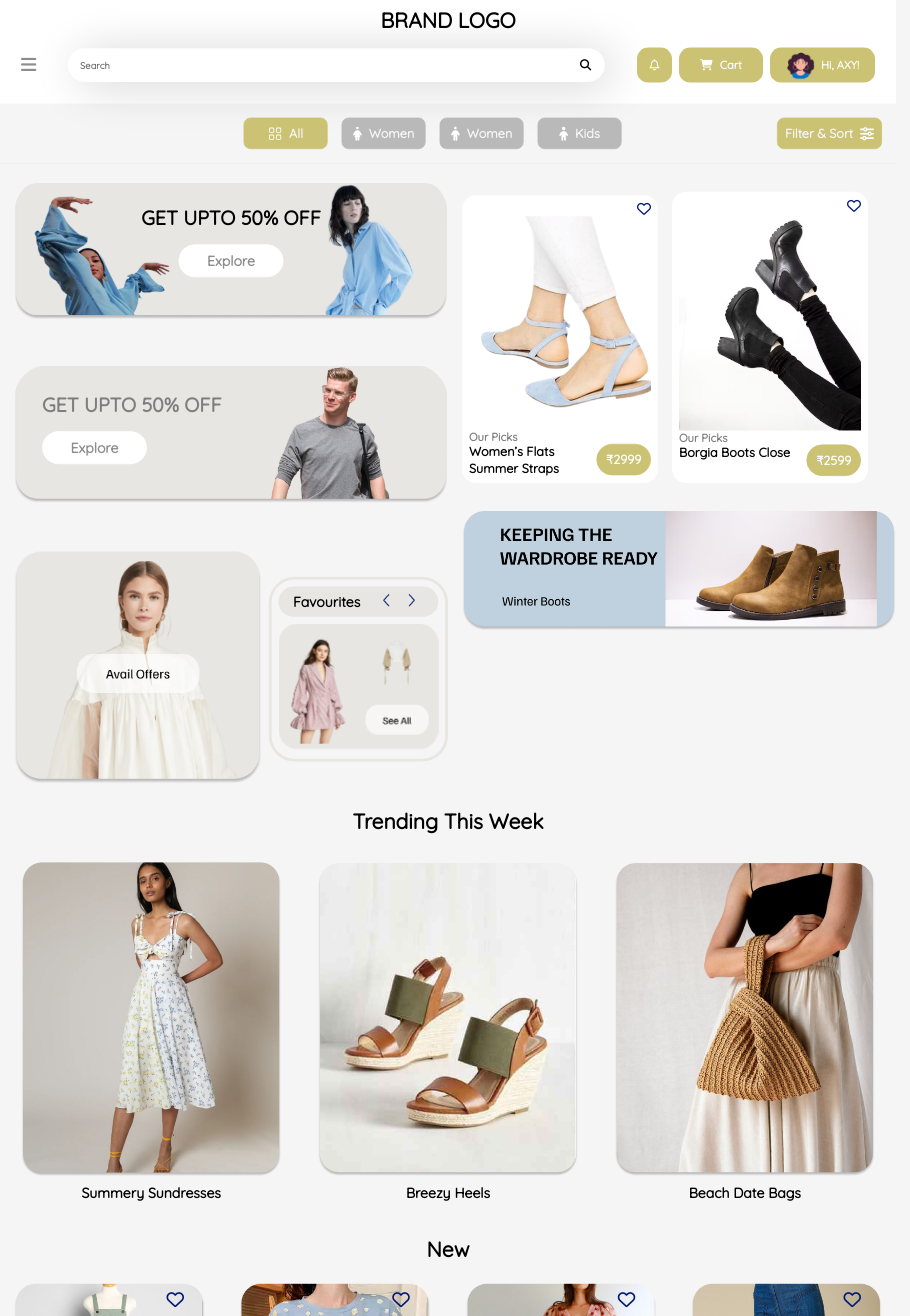
Repository: FlyweisReact/Jaspal
Page: /homepage
An editor plug-in stored every save of this project. The page is shown before and after a run of saves, followed by the edit.
The browser window is 1280 px wide. The page is 1300 px wide, so the pictures cover 1300 px, including what lies to the right of the window. The pictures show the part of the page from y = 0 to 1880 px (the page is 2570 px tall before and 2590 px after), at 70% of full size.
Some web libraries are served in a nearby version. The project was rebuilt for these pictures with package versions that can differ from the ones it lists, and the page was loaded fresh each time. Also part of the build but not shown: src/Pages/Login/Login.js.

Above is the page before, as saved 2023-08-19 12:51:21.

### public/index.html
<!-- @format -->

<!DOCTYPE html>
<html lang="en">
  <head>
    <meta charset="utf-8" />
    <link rel="icon" href="%PUBLIC_URL%/favicon.ico" />
    <meta name="viewport" content="width=device-width, initial-scale=1" />
    <meta name="theme-color" content="#000000" />
    <meta
      name="description"
      content="Web site created using create-react-app"
    />
    <link rel="apple-touch-icon" href="%PUBLIC_URL%/logo192.png" />
    <link rel="manifest" href="%PUBLIC_URL%/manifest.json" />
    <link rel="preconnect" href="https://fonts.googleapis.com">
    <link rel="preconnect" href="https://fonts.gstatic.com" crossorigin>
    <link href="https://fonts.googleapis.com/css2?family=Quicksand&display=swap" rel="stylesheet">
    <title>React App</title>
  </head>
  <body>
    <noscript>You need to enable JavaScript to run this app.</noscript>
    <div id="root"></div>
    <script src="https://kit.fontawesome.com/b533b351e4.js" crossorigin="anonymous"></script>
  </body>
</html>

### src/index.js
import React from 'react';
import ReactDOM from 'react-dom/client';
import './index.css';
import App from './App';
import "slick-carousel/slick/slick.css";
import "slick-carousel/slick/slick-theme.css";

const root = ReactDOM.createRoot(document.getElementById('root'));
root.render(
  <React.StrictMode>
    <App />
  </React.StrictMode>
);

### src/index.css
/** @format */

body {
  margin: 0;
  font-family: Quicksand !important;
  -webkit-font-smoothing: antialiased;
  -moz-osx-font-smoothing: grayscale;
  background-color: #F5F5F5;
}

code {
  font-family: Quicksand !important;
}

html {
  font-family: Quicksand !important;
}

### src/App.js
/** @format */

import React from "react";
import { BrowserRouter, Route, Routes } from "react-router-dom";
import Login from "./Pages/Login/Login";
import Homepage from "./Pages/Homepage/Homepage";
import Footer from "./Navbar/Footer";
import Navbar from "./Navbar/Navbar";


// CSS
import "./CSS/Normal.css";
import "./CSS/Navbar.css";
import './CSS/Footer.css'
import Copyright from "./Component/copyright/Copyright";
const App = () => {
  return (
    <>
      <BrowserRouter>
        <Navbar />
        <Routes>
          <Route path="/" element={<Login />} />
          <Route path="/homepage" element={<Homepage />} />
        </Routes>
        <Footer />
        <Copyright />
      </BrowserRouter>
    </>
  );
};

export default App;

### src/Pages/Homepage/Homepage.js
/** @format */

import React from "react";
import Filter from "../../Component/Homecomp/Filter";
import FullWidthProduct from "../../Component/Homecomp/FullWidthProduct";
import OfferProduct from "../../Component/Homecomp/OfferProduct";
import TrendingProduct from "../../Component/Homecomp/TrendingProduct";

const Homepage = () => {
  return (
    <div className="Home-Page">
      <Filter />

      <OfferProduct />
      <p className="Heading-all">Trending This Week</p>
      <TrendingProduct />
      <p className="Heading-all">New</p>
      <FullWidthProduct />
    </div>
  );
};

export default Homepage;

### src/Navbar/Footer.js
/** @format */

import React from "react";

const Footer = () => {
  return (
    <div className="Footer-Div">
      <div className="container">
        <ul className="four-cont">
          <ul>
            <li className="head">Customer Service</li>
            <li>Contact Us</li>
            <li>FAQs</li>
            <li>Orders and Delivery</li>
            <li>Payments</li>
            <li>Terms and Conditions</li>
          </ul>
          <ul>
            <li className="head">Career</li>
            <li>Work with Us</li>
            <li>From our Workers</li>
          </ul>
          <ul>
            <li className="head">Our Stores</li>
            <li>Find the Nearest Store</li>
            <li>Visit Virtual Store</li>
            <li>Contact Stores</li>
          </ul>
          <ul>
            <li className="head">Customer Memberships</li>
            <li>Become a Member</li>
            <li>Refer your Friend</li>
            <li>Student Discounts</li>
          </ul>
        </ul>

        <div className="social-links">
          <img src="/Image/20.png" alt="" />
          <img src="/Image/21.png" alt="" />
          <img src="/Image/22.png" alt="" />
          <img src="/Image/23.png" alt="" />
        </div>
      </div>
    </div>
  );
};

export default Footer;

### src/Navbar/Navbar.js
/** @format */

import React from "react";

const Navbar = () => {
  return (
    <div className="Navbar">
      <div className="logo">BRAND LOGO</div>

      <div className="container">
        <i className="fa-solid fa-bars"></i>

        <div className="search-bar">
          <input type="search" placeholder="Search" />
          <i className="fa-solid fa-magnifying-glass"></i>
        </div>

       <div className="Right-Container">
       <div className="Item Item1">
          <i class="fa-regular fa-bell"></i>
        </div>

        <div className="Item Item2">
          <i className="fa-solid fa-cart-shopping"></i>
          <p>Cart</p>
        </div>

        <div className="Item Item3">
        <img src='/Image/3.png' alt='' />
          <p>Hi, AXY!</p>
        </div>

       </div>
      </div>
    </div>
  );
};

export default Navbar;

### src/CSS/Normal.css
/**
 * Login Page
 *
 * @format
 */

.Login-Page {
  min-height: 100vh;
  background-image: url("../../public/Image/1.png");
  width: 100%;
  background-position: center;
  background-repeat: no-repeat;
  background-size: cover;
  position: relative;
}
.Login-Page .Login-Div {
  max-width: 600px;
  width: 100%;
  display: block;
  margin: auto;
  position: absolute;
  top: 50%;
  left: 50%;
  transform: translate(-50%, -50%);
}
.Login-Page .Login-Div .logo {
  color: #000;
  font-size: 30px;
  font-style: normal;
  font-weight: 700;
  line-height: normal;
  margin: 0;
  text-align: center;
  margin-bottom: 10px;
}

.Login-Page .Login-Div .container {
  border-radius: 16px;
  background: #fff;
  padding: 16px;
}
.Login-Page .Login-Div .container .head {
  color: #000;
  font-size: 25px;
  font-style: normal;
  font-weight: 700;
  text-align: center;
  line-height: normal;
}
.Login-Page .Login-Div .container input {
  max-width: 400px;
  width: 100%;
  display: block;
  margin: auto;
  padding: 10px;
  border-radius: 8px;
  border: 1px solid #b9b9b9;
  outline: none;
  font-size: 16px;
  font-family: Quicksand;
  background: #fff;
  box-shadow: 8px 4px 20px 0px rgba(0, 0, 0, 0.3);
  margin-top: 20px;
}

.Login-Page .Login-Div .container .forget-password {
  max-width: 400px;
  width: 100%;
  text-align: right;
  display: block;
  margin: auto;
  margin-top: 10px;
  color: #f00;
  font-weight: 600;
  cursor: pointer;
}

.Login-Page .Login-Div .container .login-button {
  max-width: 400px;
  width: 100%;
  border-radius: 8px;
  border: 1px solid #b9b9b9;
  background: #cbc273;
  padding: 10px;
  display: block;
  margin: auto;
  margin-top: 40px;
  font-family: Quicksand;
  color: #f5f5f5;
  font-size: 20px;
  font-weight: bold;
  cursor: pointer;
  box-shadow: 8px 4px 20px 0px rgba(0, 0, 0, 0.3);
}
.Login-Page .Login-Div .container .signup-button {
  max-width: 400px;
  width: 100%;
  border-radius: 8px;
  padding: 10px;
  display: block;
  margin: auto;
  margin-top: 10px;
  font-family: Quicksand;
  color: #cbc273;
  font-size: 20px;
  font-weight: bold;
  cursor: pointer;
  border: none;
  background-color: transparent;
}

.Login-Page .Login-Div .container .three-img {
  display: flex;
  justify-content: center;
  align-items: center;
  gap: 20px;
  margin-bottom: 40px;
}

.Filter-Category {
  display: flex;
  justify-content: space-between;
  align-items: center;
  padding: 20px;
  max-width: 1400px;
  margin: auto;
}
.Filter-Category .center .Main .empty{
  background-color: #CBC273;
  height: 2px;
}
.Filter-Category .center {
  width: 70%;
  display: flex;
  justify-content: flex-end;
  gap: 20px;
}
.Filter-Category .center button {
  display: flex;
  width: 120px;
  justify-content: center;
  align-items: center;
  gap: 10px;
  border: 1px solid #b9b9b9;
  border-radius: 10px;
  background: #b9b9b9;
  gap: 10px;
  padding: 10px;
  color: #fff;
  cursor: pointer;
}
.Filter-Category .center button.active {
  background-color: #cbc273;
  border: 1px solid #cbc273;
}
.Filter-Category .center button img {
  width: 20px;
  height: 20px;
}
.Filter-Category .center button svg {
  font-size: 20px;
}
.Filter-Category .center button i {
  font-size: 20px;
}
.Filter-Category .center button span {
  color: #f5f5f5;
  text-align: center;
  font-family: Quicksand;
  font-size: 18px;
  font-style: normal;
  font-weight: 600;
  line-height: normal;
}

.Filter-Category .right {
  width: 10%;
  display: flex;
  justify-content: flex-end;
  gap: 20px;
}
.Filter-Category .right button {
  display: flex;
  min-width: 150px;
  max-width: 180px;

  justify-content: center;
  align-items: center;
  gap: 10px;
  border-radius: 10px;
  gap: 10px;
  padding: 10px;
  color: #fff;
  cursor: pointer;
  background-color: #cbc273;
  border: 1px solid #cbc273;
}

.Filter-Category .right button i {
  font-size: 20px;
}
.Filter-Category .right button span {
  color: #f5f5f5;
  text-align: center;
  font-family: Quicksand;
  font-size: 18px;
  font-style: normal;
  font-weight: 600;
  line-height: normal;
}

.offer-products {
  display: flex;
  justify-content: space-between;
  padding: 20px;
  max-width: 1400px;
  margin: auto;
}
.offer-products .left-container {
  width: 50%;
}
.offer-products .left-container .img-container {
  width: 100%;
  height: 267px;
  background-image: url("../../public/Image/4.png");
  background-size: contain;
  background-repeat: no-repeat;
  border-radius: 50px;
}
.offer-products .left-container .img-container h5 {
  color: #000;
  text-align: center;
  font-family: Quicksand;
  font-size: 28px;
  font-style: normal;
  font-weight: bold;
  line-height: normal;
  margin: 0;
  padding-top: 40px;
  margin-bottom: 20px;
}
.offer-products .left-container .img-container button {
  width: 150px;
  padding: 10px;
  color: #8d8d8d;
  text-align: center;
  font-family: Quicksand;
  font-size: 20px;
  font-style: normal;
  font-weight: 600;
  line-height: normal;
  background-color: #fff;
  border: 1px solid #fff;
  border-radius: 50px;
  display: block;
  margin: auto;
}

.offer-products .left-container .img-container-2 {
  background-image: url("../../public/Image/5.png");
}

.offer-products .left-container .img-container-2 h5 {
  text-align: left;
  color: #7e7e7e;
  padding-left: 40px;
}
.offer-products .left-container .img-container-2 button {
  margin-left: 40px;
}

.offer-products .left-container .two-sec {
  display: flex;
  justify-content: space-between;
  align-items: center;
  gap: 10px;
}
.offer-products .left-container .two-sec .left {
  max-width: 365px;
}
.offer-products .left-container .two-sec .left img {
  max-width: 100%;
}
.offer-products .left-container .two-sec .right {
  border-radius: 37px;
  border: 4px solid #e7e6e2;
  background: rgba(217, 217, 217, 0);
  width: 40%;
}

.Favorite-slider {
  padding: 10px;
}
.Favorite-slider .Prev-Next_cont {
  width: 100%;
  margin-bottom: 10px;
  display: flex;
  background-color: #e7e6e2;
  border-radius: 50px;
  justify-content: space-evenly;
  align-items: center;
}
.Favorite-slider .Prev-Next_cont span {
  color: #000;
  text-align: center;
  font-size: 20px;
  font-style: normal;
  font-weight: 800;
  line-height: normal;
}
.Favorite-slider .Prev-Next_cont img {
  cursor: pointer;
}
.Fav-Slide {
  width: 100%;
}
.Fav-Slide .Main {
  width: 100%;
}
.Fav-Slide .Main img {
  width: 100%;
}
.Fav-Slide .slick-arrow {
  display: none !important;
}

.offer-products .right-container {
  width: 50%;
}

.offer-products .right-container .product-container {
  display: flex;
  justify-content: space-between;
  gap: 20px;
  align-items: flex-end;
  padding: 20px;
}
.offer-products .right-container .product-container .Main {
  background-color: #fff;
  width: 45%;
  padding: 10px;
  border-radius: 20px;
}
.offer-products .right-container .product-container .Main .fa-heart {
  display: flex;
  justify-content: flex-end;
  font-size: 20px;
  color: #001a72;
}
.offer-products .right-container .product-container .Main img {
  max-width: 100%;
  display: block;
  margin: auto;
}
.offer-products .right-container .product-container .Main .pick {
  color: #7e7e7e;
  font-size: 16px;
  font-style: normal;
  font-weight: 600;
  line-height: normal;
  margin: 0;
}
.offer-products .right-container .product-container .Main .desc {
  display: flex;
  justify-content: space-between;
  align-items: flex-start;
  gap: 10px;
}
.offer-products .right-container .product-container .Main .desc span {
  color: #000;
  font-size: 18px;
  font-style: normal;
  font-weight: 600;
  line-height: normal;
  max-width: 70%;
}
.offer-products .right-container .product-container .Main .desc button {
  max-width: 30%;
  width: 120px;
  border: 1px solid #cbc273;
  background-color: #cbc273;
  border-radius: 50px;
  color: #fff;
  text-align: center;
  font-size: 18px;
  padding: 10px;
  cursor: pointer;
  font-style: normal;
  font-weight: 600;
  font-family: Quicksand;
  line-height: normal;
}

.offer-products .right-container .img-container {
  width: 100%;
  padding: 20px;
}
.offer-products .right-container .img-container img {
  max-width: 100%;
  display: block;
  margin: auto;
}

.Heading-all {
  color: #000;
  text-align: center;
  font-size: 30px;
  font-style: normal;
  font-weight: 700;
  line-height: normal;
  margin: 0;
  padding: 10px;
}

.Trending-Product {
  padding: 20px;
  max-width: 1400px;
  margin: auto;
  display: flex;
  justify-content: space-between;
  align-items: center;
  flex-wrap: wrap;
}
.Trending-Product .Main {
  width: 30%;
  padding: 10px;
}
.Trending-Product .Main img {
  max-width: 100%;
  display: block;
  margin: auto;
}
.Trending-Product .Main p {
  color: #000;
  font-family: Inter;
  font-size: 20px;
  font-style: normal;
  font-weight: 700;
  padding: 10px;
  line-height: normal;
  text-align: center;
  font-family: Quicksand;
  margin: 0;
}

.full-width-product {
  padding: 20px;
  display: flex;
  max-width: 1400px;
  margin: auto;
  flex-wrap: wrap;
  align-items: center;
  gap: 20px;
  justify-content: space-between;
}
.full-width-product .Main {
  width: 22%;
}
.full-width-product .Main .img-container {
  width: 100%;
  position: relative;
}
.full-width-product .Main .img-container img {
  max-width: 100%;
  display: block;
  margin: auto;
}
.full-width-product .Main .img-container .fa-heart {
  position: absolute;
  top: 10px;
  right: 30px;
  font-size: 25px;
  color: #001a72;
  z-index: 2;
  cursor: pointer;
}

.full-width-product .Main .product-desc {
  padding: 10px;
}
.full-width-product .Main .product-desc p {
  margin: 0;
  text-align: center;
  max-width: 100%;
}
.full-width-product .Main .product-desc .light {
  color: #7e7e7e;
  font-size: 14px;
  font-style: normal;
  font-weight: 700;
  line-height: normal;
}
.full-width-product .Main .product-desc .title {
  color: #000;
  font-size: 18px;
  font-style: normal;
  font-weight: 700;
  line-height: normal;
}

.Filter-C .empty-container .empty {
  background-color: #ededed;
  height: 1px;
  max-width: 1400px;
  margin: auto;
}

.Filter-C .empty-container {
  position: relative;
}
.Filter-C .empty-container .empty-colored{
  background-color: #CBC273;

}

### src/CSS/Navbar.css
/** @format */

.Navbar {
  padding: 10px;
  background-color: #fff;
}
.Navbar .logo {
  color: #000;
  font-size: 30px;
  font-style: normal;
  font-weight: 700;
  line-height: normal;
  text-align: center;
  max-width: 1400px;
  margin: auto;
}
.Navbar .container {
  display: flex;
  justify-content: space-between;
  padding: 20px;
  max-width: 1400px;
  margin: auto;
  align-items: center;
}
.Navbar .container .fa-bars {
  font-size: 25px;
  cursor: pointer;
  color: #8d8d8d;
  font-weight: bold;
}

.Navbar .container .search-bar {
  display: flex;
  width: 60%;
  border-radius: 24px;
  background: #fff;
  box-shadow: 12px 5px 65px 0px rgba(0, 0, 0, 0.18);
  justify-content: space-between;
  align-items: center;
  padding: 15px;
  padding-right: 20px;
}
.Navbar .container .search-bar input {
  width: 90%;
  border: none;
  outline: none;
  font-family: Quicksand;
  font-weight: 900;
}

.Navbar .container .Item {
  border-radius: 16px;
  background: #cbc273;
  display: flex;
  justify-content: center;
  align-items: center;
  min-width: 20px;
  gap: 10px;
  height: 50px;
  cursor: pointer;
}
.Navbar .container .Item i {
  color: #fff;
}
.Navbar .container .Item p {
  color: #fff;
  font-size: 16px;
  font-weight: 600;
}

.Navbar .container .Item2 {
  width: 120px;
  height: 50px;
}
.Navbar .container .Item1 {
  width: 50px;
}
.Navbar .container .Item3 {
  width: 150px;
  height: 50px;
}
.Navbar .container .Item img {
  width: 40px;
  height: 40px;
}
.Navbar .container .Right-Container {
  display: flex;
  gap: 10px;
}

### src/CSS/Footer.css
/** @format */

.Footer-Div {
  background: #ededed;
}
.Footer-Div .container {
  max-width: 1400px;
  margin: auto;
  padding: 20px;
}
.Footer-Div .container ul {
  padding-left: 0;
  list-style: none;
}
.Footer-Div .container ul li {
  padding-left: 0;
}
.Footer-Div .container ul li.head {
  color: #000;
  font-size: 24px;
  font-style: normal;
  font-weight: 600;
  line-height: normal;
}

.Footer-Div .container ul li {
  color: #7e7e7e;
  font-size: 16px;
  font-style: normal;
  font-weight: 700;
  line-height: normal;
  padding-top: 10px;
}
.Footer-Div .container .four-cont {
  display: flex;
  justify-content: space-between;
  gap: 20px;
  align-items: flex-start;
}
.Footer-Div .container .social-links {
  display: flex;
  justify-content: center;
  gap: 20px;
  align-items: center;
}
.Footer-Div .container .social-links img {
  width: 30px;
  cursor: pointer;
}

.copy-right {
  max-width: 1400px;
  margin: auto;
}
.copy-right p {
  color: #000;
  font-size: 16px;
  font-style: normal;
  font-weight: 800;
  line-height: normal;
}

### src/Component/copyright/Copyright.js
import React from 'react'

const Copyright = () => {
  return (
    <div className='copy-right'>
        <p>© Copyright 2023 Flyweis Tec. All rights reserved.</p>
    </div>
  )
}

export default Copyright

### src/Component/Homecomp/Filter.js
/** @format */

import React from "react";
import { BsGrid } from "react-icons/bs";

const Filter = () => {
  return (
    <div className="Filter-C">
      <div className="Filter-Category">
        <div className="center">
          <button className="active">
            <BsGrid />
            <span>All</span>
          </button>

          <button>
            <i className="fa-solid fa-person-dress"></i>
            <span>Women</span>
          </button>
          <button>
            <i className="fa-solid fa-person"></i>
            <span>Women</span>
          </button>
          <button>
            <i className="fa-solid fa-child"></i>
            <span>Kids</span>
          </button>
        </div>
        <div className="right">
          <button>
            <span>Filter & Sort</span>
            <i className="fa-solid fa-sliders" />
          </button>
        </div>
      </div>
      <div className="empty-container">
        <div className="empty"></div>
        <div className="empty-colored"></div>
      </div>
    </div>
  );
};

export default Filter;

### src/Component/Homecomp/FullWidthProduct.js
/** @format */

import React from "react";

const FullWidthProduct = () => {
  const data = [
    {
      img: "/Image/16.png",
      light: "Exclusive",
      title: "Jade Overalls",
    },
    {
      img: "/Image/17.png",
      light: "Our Picks",
      title: "Daisy Summer Top",
    },
    {
      img: "/Image/18.png",
      light: "Limited Stock",
      title: "Strawberry Sundresse",
    },
    {
      img: "/Image/19.png",
      light: "Season Pick",
      title: "Bootcut Jeans",
    },
  ];

  return (
    <div className="full-width-product">
      {data.map((i, index) => (
        <div className="Main" key={index}>
          <div className="img-container">
            <i className="fa-sharp fa-regular fa-heart"></i>
            <img src={i.img} alt="" />
          </div>
          <div className="product-desc">
            <p className="light">{i.light}</p>
            <p className="title"> {i.title} </p>
          </div>
        </div>
      ))}
    </div>
  );
};

export default FullWidthProduct;

### src/Component/Homecomp/TrendingProduct.js
import React from 'react'

const TrendingProduct = () => {
  return (
    <div className='Trending-Product'>
        <div className='Main'>
            <img src='/Image/13.png' alt='' />
            <p>Summery Sundresses</p>
        </div>
        <div className='Main'>
            <img src='/Image/14.png' alt='' />
            <p>Breezy Heels</p>
        </div>
        <div className='Main'>
            <img src='/Image/15.png' alt='' />
            <p>Beach Date Bags</p>
        </div>
    </div>
  )
}

export default TrendingProduct

### src/Component/Homecomp/FavouritesSlide.js
/** @format */

import { useRef } from "react";
import Slider from "react-slick";

const FavouritesSlide = () => {
  const sliderRef = useRef(null);
  const settings = {
    dots: false,
    infinite: false,
    speed: 500,
    slidesToShow: 1,
    slidesToScroll: 1,
    autoplay: false,
  };

  const nextSlide = () => {
    sliderRef.current.slickNext();
  };

  const prevSlide = () => {
    sliderRef.current.slickPrev();
  };
  return (
    <div className="Favorite-slider">
      <div className="Prev-Next_cont">
        <span>Favourites</span>
        <div>
          <img src="/Image/8.png" alt="" onClick={prevSlide} />
          <img src="/Image/9.png" alt="" onClick={nextSlide} />
        </div>
      </div>
      <Slider {...settings} className="Fav-Slide" ref={sliderRef}>
        <div className="Main">
          <img src="/Image/7.png" alt="" />
        </div>
        <div className="Main">
          <img src="/Image/7.png" alt="" />
        </div>
        <div className="Main">
          <img src="/Image/7.png" alt="" />
        </div>
      </Slider>
    </div>
  );
};

export default FavouritesSlide;

Loaded but not shown: src/Component/Homecomp/OfferProduct.js (65 lines, source omitted)

After the next 2 saves:
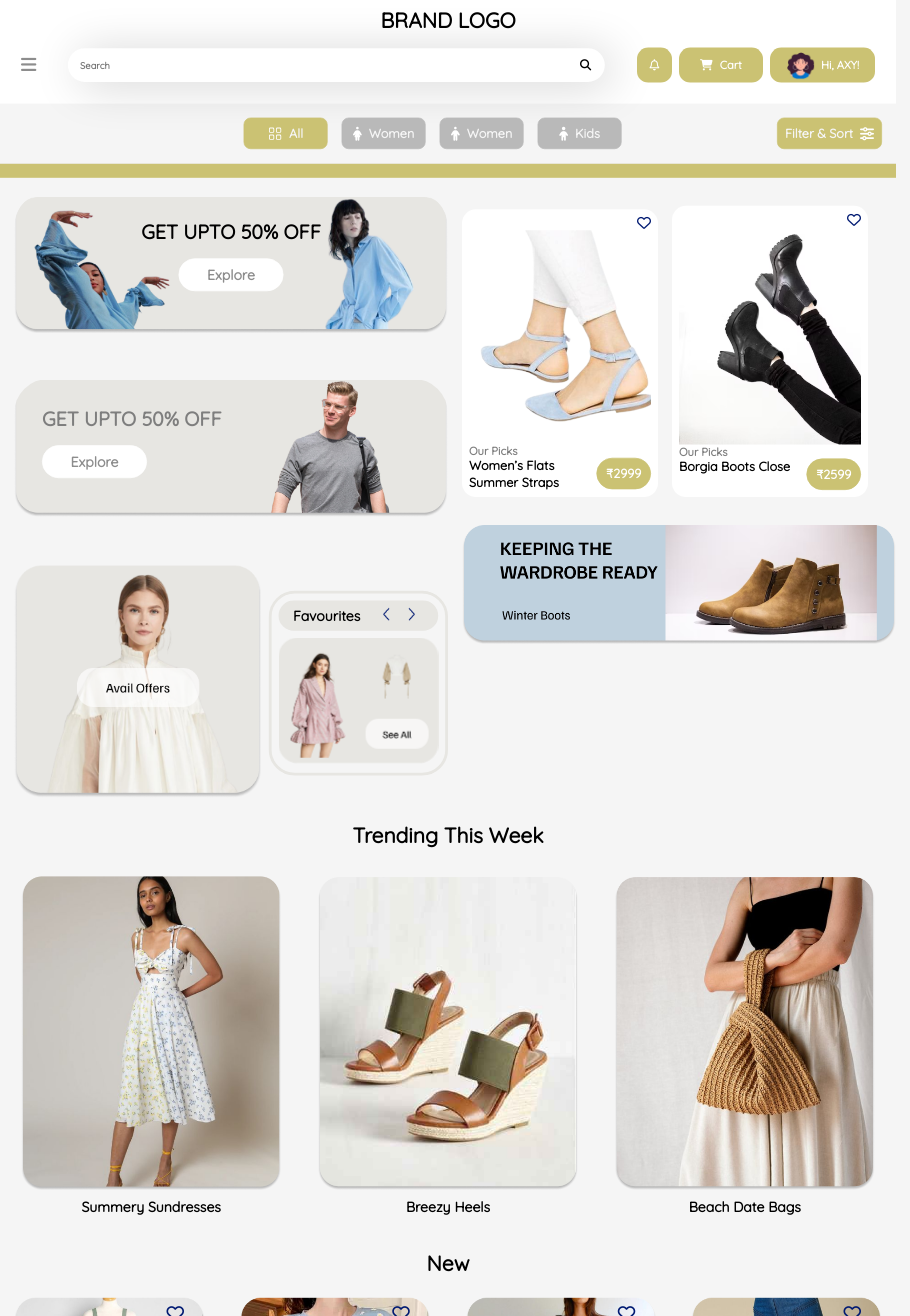
The 2 saves are shown as one change because they came seconds apart.
The last was saved 10 s later.
--- a/src/CSS/Normal.css
+++ b/src/CSS/Normal.css
@@ -510,5 +510,5 @@
 }
 .Filter-C .empty-container .empty-colored{
   background-color: #CBC273;
-
-}
+  height: 20px;
+}
